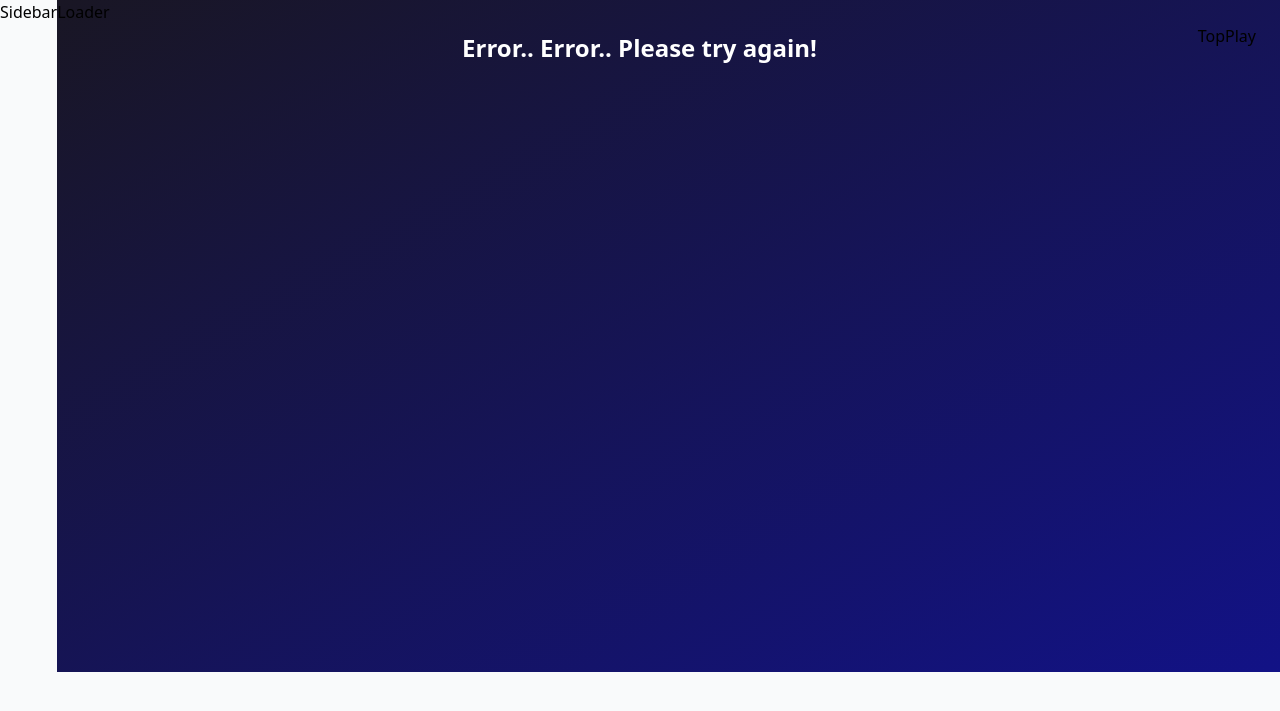
Repository: tessa5/spotify_clone
Page: /
An editor plug-in stored every save of this project. The page is shown before and after a run of saves, followed by the edit.
The browser window is 1280 px wide. The pictures show the whole page.
The page's requests for data from a server got no answer. The project was rebuilt for these pictures with package versions that can differ from the ones it lists, and the page was loaded fresh each time. No one was signed in, and anything a server would have sent is missing. Also part of the build but not shown: vite.config.js, src/components/PlayPause.jsx, src/components/SongCard.jsx, src/components/ArtistCard.jsx, src/components/DetailsHeader.jsx, src/components/SongBar.jsx, src/components/RelatedSongs.jsx, src/components/MusicPlayer/Controls.jsx and 11 more.

Above is the page before, as saved 2022-10-05 15:43:52.

### src/redux/store.js
import { configureStore } from '@reduxjs/toolkit';

import playerReducer from './features/playerSlice';

import { shazamCoreApi } from './services/shazamcore';

export const store = configureStore({
  reducer: {
    [shazamCoreApi.reducerPath]: shazamCoreApi.reducer,
    player: playerReducer,
  },
  middleware: (getDefaultMiddleware) => getDefaultMiddleware().concat(shazamCoreApi.middleware),
});

### src/redux/features/playerSlice.js
import { createSlice } from '@reduxjs/toolkit';

const initialState = {
  currentSongs: [],
  currentIndex: 0,
  isActive: false,
  isPlaying: false,
  activeSong: {},
  genreListId: '',
};

const playerSlice = createSlice({
  name: 'player',
  initialState,
  reducers: {
    setActiveSong: (state, action) => {
      state.activeSong = action.payload.song;

      if (action.payload?.data?.tracks?.hits) {
        state.currentSongs = action.payload.data.tracks.hits;
      } else if (action.payload?.data?.properties) {
        state.currentSongs = action.payload?.data?.tracks;
      } else {
        state.currentSongs = action.payload.data;
      }

      state.currentIndex = action.payload.i;
      state.isActive = true;
    },

    nextSong: (state, action) => {
      if (state.currentSongs[action.payload]?.track) {
        state.activeSong = state.currentSongs[action.payload]?.track;
      } else {
        state.activeSong = state.currentSongs[action.payload];
      }

      state.currentIndex = action.payload;
      state.isActive = true;
    },

    prevSong: (state, action) => {
      if (state.currentSongs[action.payload]?.track) {
        state.activeSong = state.currentSongs[action.payload]?.track;
      } else {
        state.activeSong = state.currentSongs[action.payload];
      }

      state.currentIndex = action.payload;
      state.isActive = true;
    },

    playPause: (state, action) => {
      state.isPlaying = action.payload;
    },

    selectGenreListId: (state, action) => {
      state.genreListId = action.payload;
    },
  },
});

export const { setActiveSong, nextSong, prevSong, playPause, selectGenreListId } = playerSlice.actions;

export default playerSlice.reducer;

### src/redux/services/shazamcore.js
import { createApi, fetchBaseQuery } from '@reduxjs/toolkit/query/react';

// const options = {
//   method: 'GET',
//   headers: {
//     'X-RapidAPI-Key': '23bca54e11msh398931b1805a883p102c57jsn513e0b606057',
//     'X-RapidAPI-Host': 'shazam-core.p.rapidapi.com',
//   },
// };

// fetch('https://shazam-core.p.rapidapi.com/v1/charts/world', options)
//   .then((response) => response.json())
//   .then((response) => console.log(response))
//   .catch((err) => console.error(err));

export const shazamCoreApi = createApi({
  reducerPath: 'shazamCoreApi',
  baseQuery: fetchBaseQuery({
    baseUrl: 'https://shazam-core.p.rapidapi.com/v1',
    prepareHeaders: (headers) => {
      headers.set('X-RapidAPI-Key', '23bca54e11msh398931b1805a883p102c57jsn513e0b606057');
      return headers;
    },
  }),
  endpoints: (builder) => ({
    getTopCharts: builder.query({ query: () => '/charts/world' }),
  }),
});

export const {
  useGetTopChartsQuery,
} = shazamCoreApi;

### src/components/Loader.jsx
import { loader } from '../assets';

const Loader = ({ title }) => (
  <div className="w-full flex justify-center items-center flex-col">
    <img
      src={loader}
      alt="loader"
      className="w-32 h-32 object-contain"
    />
    <h1>{title || 'Loading...'} </h1>
  </div>
);

export default Loader;

### src/components/Error.jsx
import React from 'react';

const Error = () => (
  <div className="w-full flex justify-center items-center">
    <h1 className="text-white text-2xl mt-2 font-bold">
      Error.. Error.. Please try again!
    </h1>
  </div>
);

export default Error;

### src/pages/Discover.jsx
import { useDispatch, useSelector } from 'react-redux'
import { Error, Loader, SongCard } from '../components';
import { genres } from '../assets/constants';

import { useGetTopChartsQuery } from '../redux/services/shazamcore';

const Discover = () => {
  const dispatch = useDispatch();
  const { activeSong, isPlaying} = useSelector((state) => state.player);
  const { data, isFetching, error } = useGetTopChartsQuery();
  const genreTitle = 'pop';

  if (isFetching) return <Loader title="Loading Songs..." />;

  if (error) return <Error />;

  return (
    <div className="flex flex-col">
      <div className="w-full flex justify-between items-center sm:flex-row flex-col mt-4 mb-10">
        <h2 className="text-3xl text-white font-bold">Discover {genreTitle}</h2>
        <select
          onChange={() => {}}
          value=""
          className="bg-black text-gray-300 rounded-lg outline-none text-sm sm:mt-0 mt-5"
        >
          {genres.map((genre) => <option key={genres.key} value={genres.value}>{genres.title}</option>)}
        </select>
      </div>
      <div className="flex flex-wrap sm:justify-start justify-center gap-8">
        {data?.map((song, i) => (
          <SongCard
            key={song.key}
            song={song}
            i={i}
            isPlaying={isPlaying}
            activeSong={activeSong}
            data={data}
            />
        ))}
      </div>
    </div>
  );
};

export default Discover;

### src/assets/constants.js
import { HiOutlineHashtag, HiOutlineHome, HiOutlinePhotograph, HiOutlineUserGroup } from 'react-icons/hi';

export const genres = [
  { title: 'Pop', value: 'POP' },
  { title: 'Hip-Hop', value: 'HIP_HOP_RAP' },
  { title: 'Dance', value: 'DANCE' },
  { title: 'Electronic', value: 'ELECTRONIC' },
  { title: 'Soul', value: 'SOUL_RNB' },
  { title: 'Alternative', value: 'ALTERNATIVE' },
  { title: 'Rock', value: 'ROCK' },
  { title: 'Latin', value: 'LATIN' },
  { title: 'Film', value: 'FILM_TV' },
  { title: 'Country', value: 'COUNTRY' },
  { title: 'Worldwide', value: 'WORLDWIDE' },
  { title: 'Reggae', value: 'REGGAE_DANCE_HALL' },
  { title: 'House', value: 'HOUSE' },
  { title: 'K-Pop', value: 'K_POP' },
];

export const links = [
  { name: 'Discover', to: '/', icon: HiOutlineHome },
  { name: 'Around You', to: '/around-you', icon: HiOutlinePhotograph },
  { name: 'Top Artists', to: '/top-artists', icon: HiOutlineUserGroup },
  { name: 'Top Charts', to: '/top-charts', icon: HiOutlineHashtag },
];

Loaded but not shown: index.html (common file); src/index.jsx (common file); src/index.css (common file); src/App.jsx (common file); src/components/index.js (common file); src/pages/index.js (common file); src/components/Sidebar.jsx (common file); src/components/Searchbar.jsx (common file); src/components/TopPlay.jsx (common file); src/assets/index.js (common file); tailwind.config.js (common file)

After the next 2 saves:
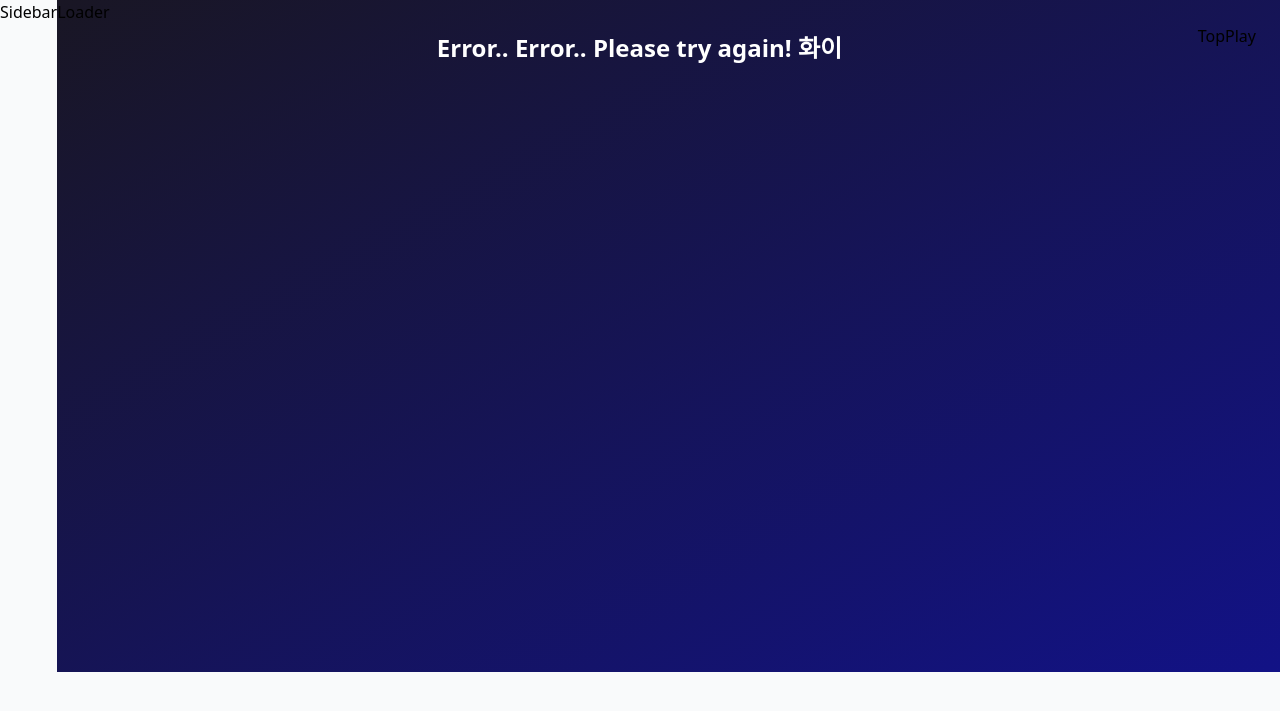
The 2 saves are shown as one change because they came seconds apart.
The last was saved 11 s later.
--- a/src/components/Error.jsx
+++ b/src/components/Error.jsx
@@ -3,7 +3,7 @@ import React from 'react';
 const Error = () => (
   <div className="w-full flex justify-center items-center">
     <h1 className="text-white text-2xl mt-2 font-bold">
-      Error.. Error.. Please try again!
+      Error.. Error.. Please try again! 화이
     </h1>
   </div>
 );
